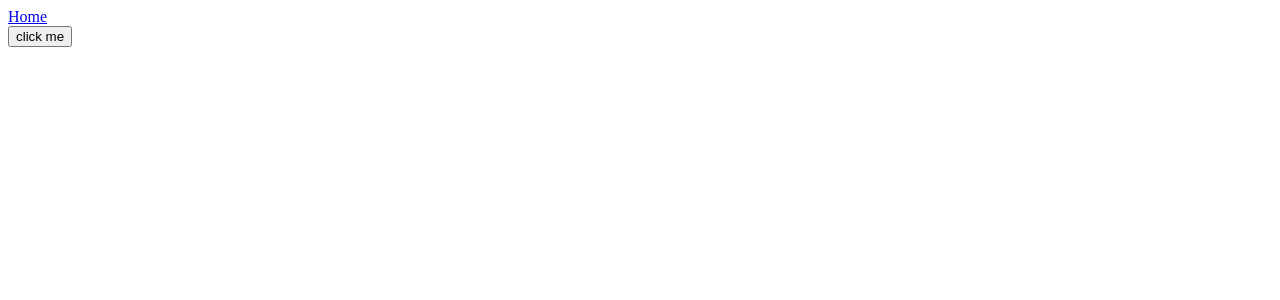
Repository: jjennbui/class8
Page: /useEffectThree
The author's editor kept a copy of each file at every save. The page is drawn from the files as they stood at one save, then again after a run of saves.
The browser window is 1280 px wide. The pictures show the whole page.
The project was rebuilt for these pictures with package versions that can differ from the ones it lists, and the page was loaded fresh each time. The framework's server and built-in components were replaced by stand-ins that run in the browser. Also part of the build but not shown: next.config.js.

Above is the page before, as saved 2023-02-20 16:50:59.

### pages/useEffectThree.js
import Link from "next/link"


export default function UseEffectThree(){
    return(
        <>
        <Link href="/">Home</Link>
        <div>
           <button>click me</button>
        </div>
        </>
    )
}

### styles/globals.css
:root {

}

Loaded but not shown: pages/_app.js (common file); pages/_document.js (common file)

After the next 4 saves:
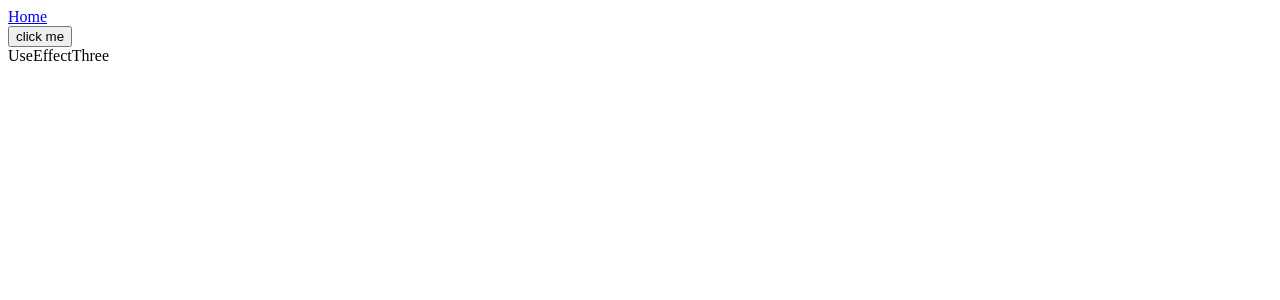
The 4 saves are shown as one change because they came seconds apart.
The last was saved 14 s later.
--- a/pages/useEffectThree.js
+++ b/pages/useEffectThree.js
@@ -8,6 +8,12 @@ export default function UseEffectThree(){
         <div>
            <button>click me</button>
         </div>
+        <div>
+            UseEffectThree
+        </div>
+        <div>
+
+        </div>
         </>
     )
 }
